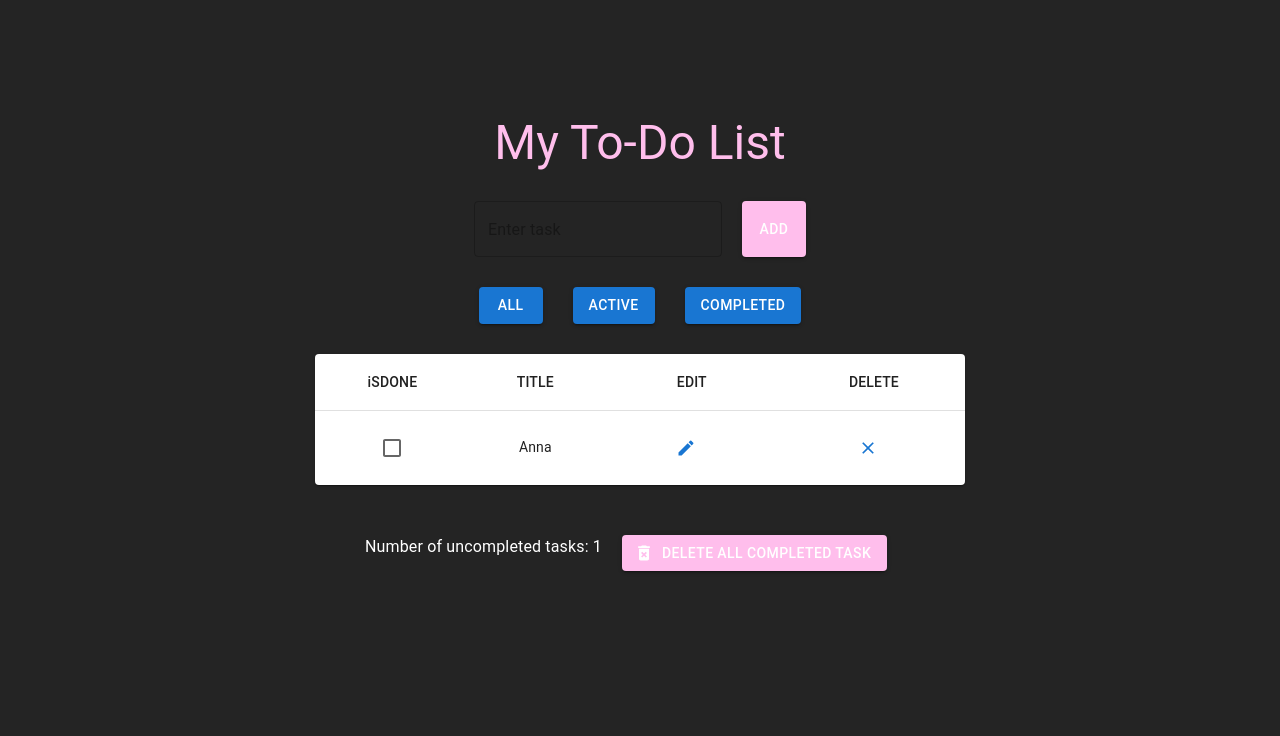
Repository: savannaaaas/ToDo_List
Page: /
An editor plug-in stored every save of this project. The page is shown before and after the next save, followed by the edit.
The browser window is 1280 px wide. The pictures show the whole page.
The project was rebuilt for these pictures with package versions that can differ from the ones it lists, and the page was loaded fresh each time. Also part of the build but not shown: vite.config.js.

Above is the page before, as saved 2025-08-10 20:05:58.

After the next save:
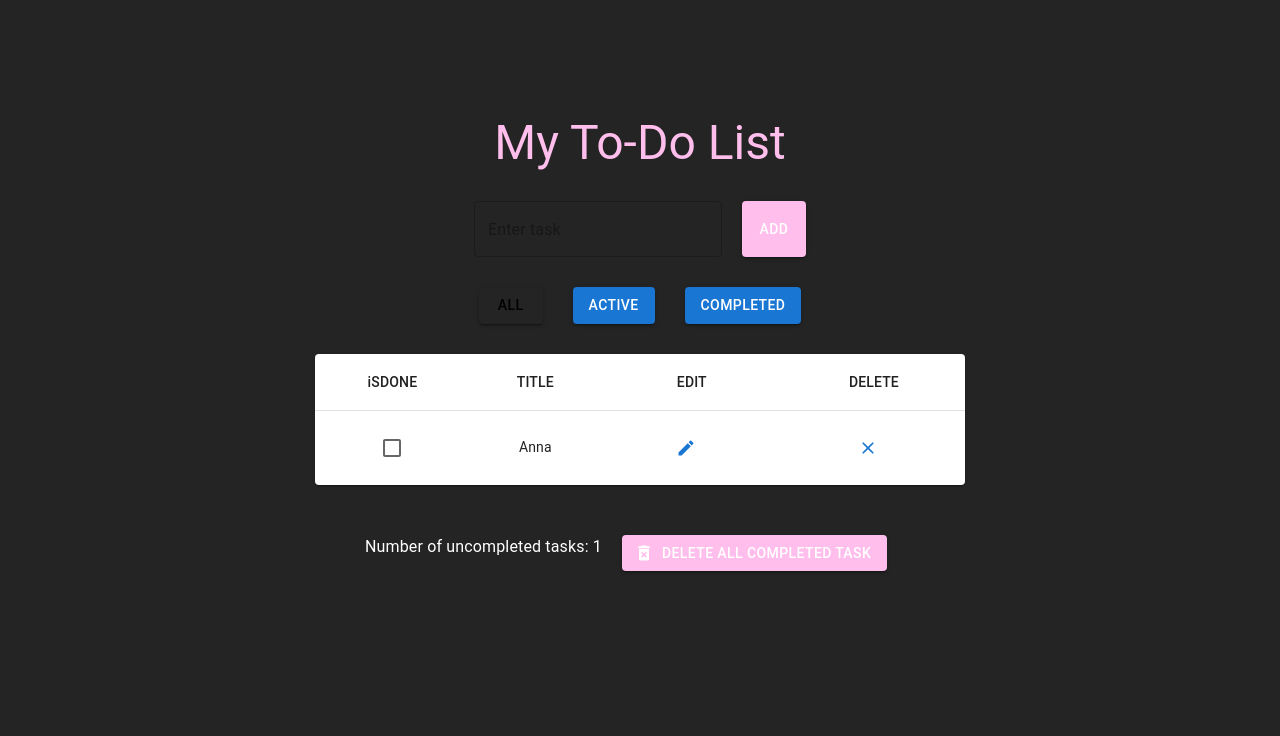
Saved 14 s later.
--- a/src/components/FiterTasks.jsx
+++ b/src/components/FiterTasks.jsx
@@ -3,7 +3,9 @@
 export const FilterTask = () => {
   return (
     <div style={{ display: "flex", flexDirection: "row", gap: "30px" }}>
-      <Button variant="contained">All</Button>
+      <Button variant="contained" color="">
+        All
+      </Button>
       <Button variant="contained">Active</Button>
       <Button variant="contained">Completed</Button>
     </div>

After the save that followed:
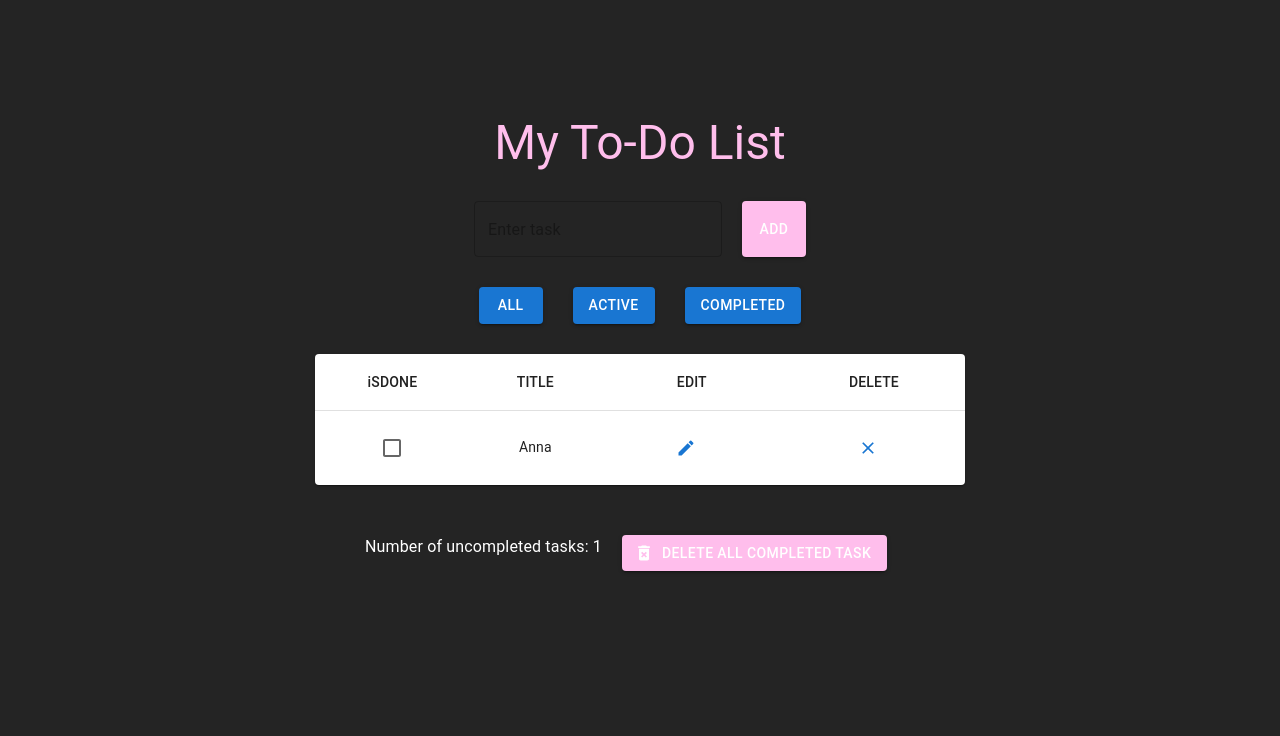
Saved 14 s later.
--- a/src/components/FiterTasks.jsx
+++ b/src/components/FiterTasks.jsx
@@ -3,7 +3,7 @@
 export const FilterTask = () => {
   return (
     <div style={{ display: "flex", flexDirection: "row", gap: "30px" }}>
-      <Button variant="contained" color="">
+      <Button variant="contained" sx={{ backgroundColor: "" }}>
         All
       </Button>
       <Button variant="contained">Active</Button>
